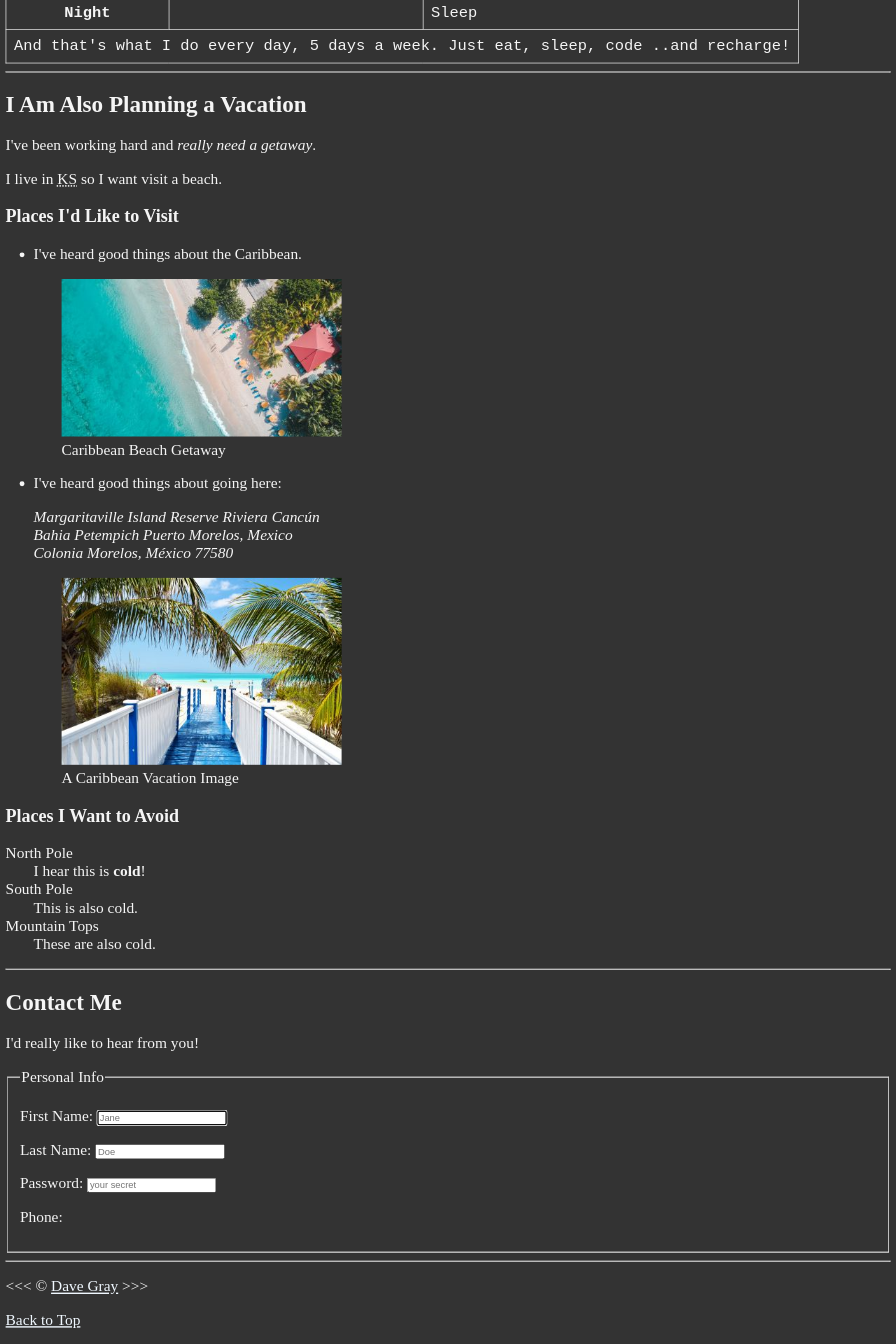
Repository: JavaProgrammerFromEastEurope/project-html-full-tutorial
Page: 09_lesson/index.html
These files come from the project's save history. The page is drawn as it stood at one moment and after a run of saves; the edit follows.
The browser window is 1280 px wide. The pictures show the part of the page from y = 1391 to 3311 px (the page is 3311 px tall), at 70% of full size.

Above is the page before, as saved 2023-04-07 04:42:19.

### 09_lesson/index.html
<!DOCTYPE html>
<html lang="en">
  <head>
    <meta charset="UTF-8" />
    <meta name="author" content="Dave Gray" />
    <meta
      name="description"
      content="This page contains all the things I am learning how to create as I learn HTML."
    />
    <title>My First Web Page</title>
    <link rel="icon" href="html5.png" type="image/x-icon" />
    <link rel="stylesheet" href="main.css" type="text/css" />
  </head>

  <body>
    <header>
      <h1>My Goals for the Year</h1>

      <nav aria-label="primary-navigation">
        <ul>
          <li>
            <a href="#html">Learning HTML</a>
          </li>
          <li>
            <a href="#vacation">Planning a Vacation</a>
          </li>
          <li><a href="#contact">Contact Me</a></li>
        </ul>
      </nav>
    </header>

    <hr />
    <main>
      <article id="html">
        <h2>I'm Ready to Learn HTML</h2>
        <p>This is my first web page.</p>
        <section>
          <h3>HTML5</h3>
          <img
            src="./assets/img/html_logo_300x300.png"
            alt="HTML5 Logo"
            title="I am learning HTML5"
            width="300"
            height="300"
          />
          <figure>
            <figcaption>An Example of HTML5 code</figcaption>
            <p>
              <code>&lt;h1&gt;Hello World!&lt;/h1&gt;</code>
            </p>
          </figure>
        </section>
        <section>
          <h3>My Daily Schedule</h3>
          <p>Let me tell you how:</p>
          <ol>
            <li>...I learn more about web dev.</li>
            <li>...I plan out my schedule.</li>
            <li>
              ...I use resources from
              <abbr title="Mozilla Developer Network">
                <a href="https://developer.mozilla.org/">MDN</a> </abbr
              >.
            </li>
          </ol>
          <aside>
            <details>
              <summary>
                Guess the <mark>number of hours</mark> I code per day
              </summary>
              <p>
                I start at <time datetime="08:00">8 am</time> and I write code
                for <time datetime="PT3H">3 hours</time> every morning.
              </p>
            </details>
          </aside>
          <br />
          <table>
            <caption>
              My Daily Schedule
            </caption>
            <thead>
              <tr>
                <th>&nbsp;</th>
                <th scope="col">Time</th>
                <th scope="col">Activity</th>
              </tr>
            </thead>
            <tbody>
              <tr>
                <th scope="row">Morning</th>
                <td>
                  <time datetime="08:00">8am</time>-<time datetime="11:00"
                    >11am</time
                  >
                </td>
                <td>Write Code</td>
              </tr>
              <tr>
                <th scope="row">Break</th>
                <td>
                  <time datetime="11:00">11am</time>-<time datetime="12:00"
                    >12pm</time
                  >
                </td>
                <td>Eat Lunch</td>
              </tr>
              <tr>
                <th scope="row">Afternoon</th>
                <td>
                  <time datetime="12:00">12pm</time>-<time datetime="17:00"
                    >5pm</time
                  >
                </td>
                <td>Study for Other Courses</td>
              </tr>
              <tr>
                <th scope="row">Evening</th>
                <td rowspan="2">All Other Times</td>
                <td>Free Time</td>
              </tr>
              <tr>
                <th scope="row">Night</th>
                <td>Sleep</td>
              </tr>
            </tbody>
            <tfoot>
              <tr>
                <td colspan="3">
                  And that's what I do every day, 5 days a week. Just eat,
                  sleep, code ..and recharge!
                </td>
              </tr>
            </tfoot>
          </table>
        </section>
      </article>

      <hr />

      <article id="vacation">
        <h2>I Am Also Planning a Vacation</h2>
        <p>I've been working hard and <em>really need a getaway</em>.</p>
        <p>I live in <abbr title="Kansas">KS</abbr> so I want visit a beach.</p>

        <section>
          <h3>Places I'd Like to Visit</h3>
          <ul>
            <li>
              <p>I've heard good things about the Caribbean.</p>
              <figure>
                <img
                  src="./assets/img/caribbean.jpg"
                  alt="Caribbean Beach"
                  title="I want to visit a Caribbean beach."
                  width="400"
                  height="225"
                  loading="lazy"
                />
                <figcaption>Caribbean Beach Getaway</figcaption>
              </figure>
            </li>
            <li>
              <p>I've heard good things about going here:</p>
              <address>
                Margaritaville Island Reserve Riviera Cancún<br />
                Bahia Petempich Puerto Morelos, Mexico<br />
                Colonia Morelos, México 77580
              </address>
              <figure>
                <img
                  src="./assets/img/vacation.jpg"
                  alt="Cancun Vacation"
                  title="It's 5 o'Clock Somewhere!"
                  width="400"
                  height="267"
                  loading="lazy"
                />
                <figcaption>A Caribbean Vacation Image</figcaption>
              </figure>
            </li>
          </ul>
        </section>
        <!-- TODO: Add more places -->
        <section>
          <h3>Places I Want to Avoid</h3>
          <dl>
            <dt>North Pole</dt>
            <dd>I hear this is <strong>cold</strong>!</dd>

            <dt>South Pole</dt>
            <dd>This is also cold.</dd>

            <dt>Mountain Tops</dt>
            <dd>These are also cold.</dd>
          </dl>
        </section>
      </article>
      <hr />

      <article id="contact">
        <h2>Contact Me</h2>
        <p>I'd really like to hear from you!</p>
        <form action="https://httpbin.org/get" method="get">
          <fieldset>
            <legend>Personal Info</legend>
            <p>
              <label for="firstName">First Name:</label>
              <input
                type="text"
                name="firstName"
                id="firstName"
                placeholder="Jane"
                autocomplete="on"
                required
                autofocus
              />
							<p>
								<label for="lastName">Last Name:</label>
								<input type="text" name="lastName" id="lastName" placeholder="Doe"  autocomplete="on" required>
							</p>
							<p>
								<label for="password">Password:</label>
								<input type="password" name="password" id="password" placeholder="your secret" required>
							</p>
							<p>
								<label for="phone">Phone:</label>

							</p>
            </p>
          </fieldset>
        </form>
      </article>
    </main>
    <hr />
    <footer>
      <p>&lt;&lt;&lt; &copy; <a href="about.html">Dave Gray</a> &gt;&gt;&gt;</p>
      <p>
        <a href="#">Back to Top</a>
      </p>
    </footer>
  </body>
</html>

### 09_lesson/main.css
html {
    font-size: 22px;
}

body {
    background-color: #333;
    color: whitesmoke;
}

a {
    color: aliceblue;
}

a:visited {
    color: lightgray;
}

a:hover, a:active {
    color: #eee;
}

table, tr, th, td, caption {
	border: 1px solid #eee;
	font-family: 'Courier New', Courier, monospace;
	border-collapse: collapse;
	padding: 0.5rem;
}

After the next 2 saves:
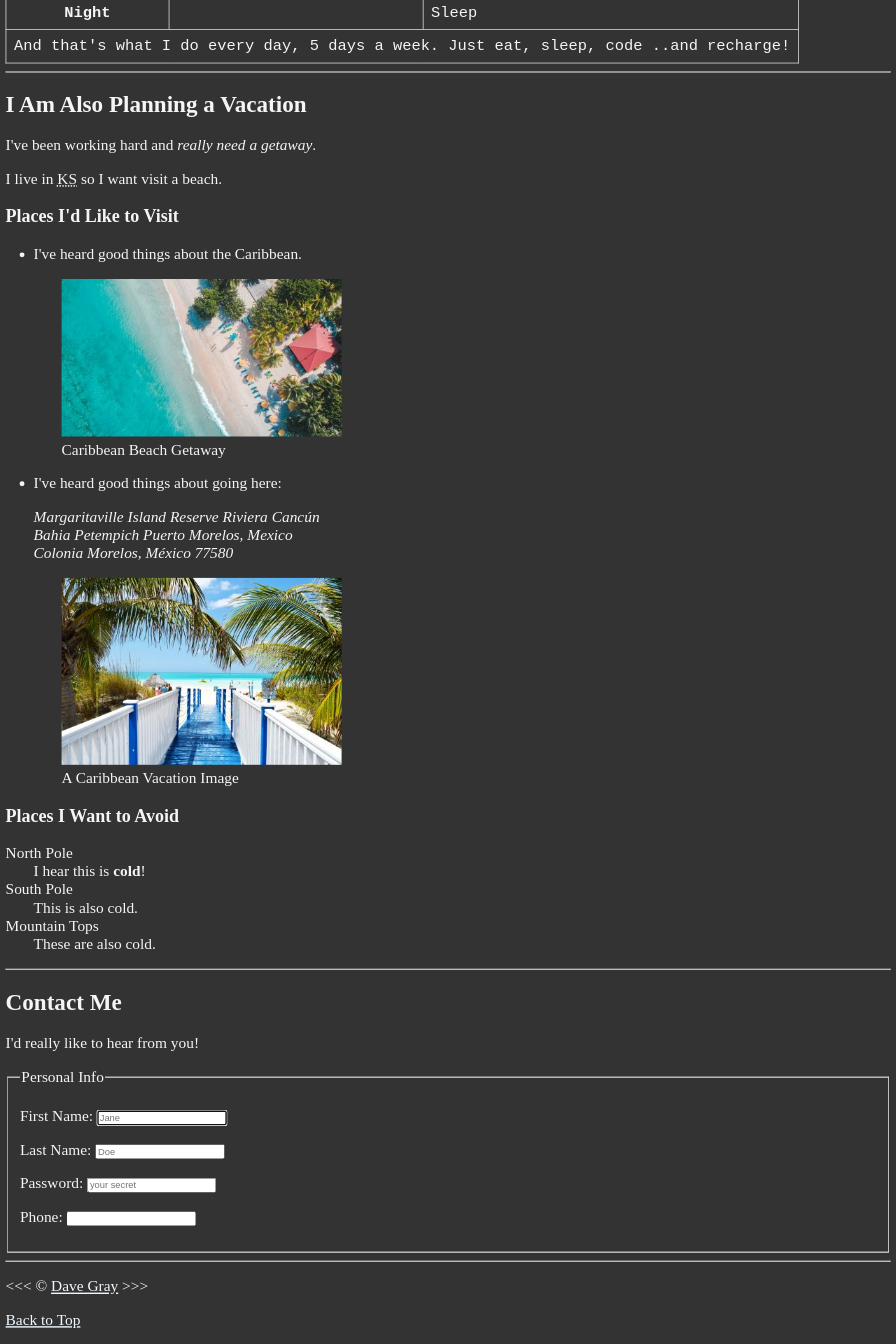
The 2 saves are shown as one change because they came seconds apart.
The last was saved 6 s later.
--- a/09_lesson/index.html
+++ b/09_lesson/index.html
@@ -225,7 +225,7 @@
 							</p>
 							<p>
 								<label for="phone">Phone:</label>
-
+								<input type="tel">
 							</p>
             </p>
           </fieldset>
